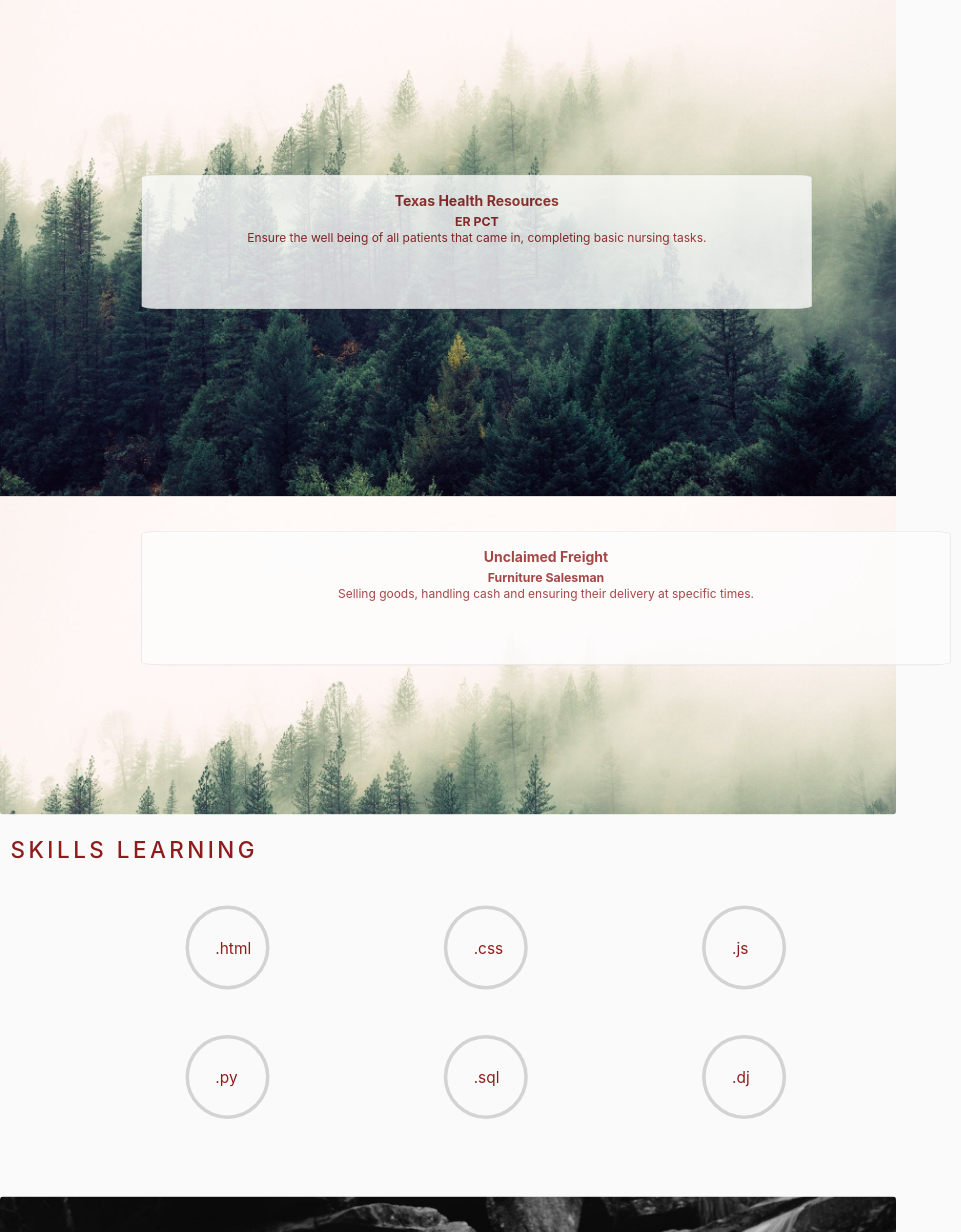
Repository: sshields9591/user-centric-project
Page: index.html
The author's editor kept a record of every edit. The page is drawn from the files as they stood at one moment, then again after the next edit.
The browser window is 1280 px wide. The page is 1373 px wide, so the pictures cover 1373 px, including what lies to the right of the window. The pictures show the part of the page from y = 3038 to 4798 px (the page is 5663 px tall before and 5722 px after), at 70% of full size.
Backgrounds fixed to the window are drawn as part of the page. Some web libraries are served in a nearby version.

Above is the page before.

### index.html
<!DOCTYPE html>
<html lang="en">

<head>


    <meta charset="UTF-8">
    <meta name="viewport" content="width=device-width, initial-scale=1.0">
    <meta http-equiv="X-UA-Compatible" content="ie=edge">
    <link rel="stylesheet" href="https://maxcdn.bootstrapcdn.com/bootstrap/4.1.3/css/bootstrap.min.css">
    <link rel="stylesheet" href="https://use.fontawesome.com/releases/v5.11.1/css/all.css" integrity="sha384-IT8OQ5/IfeLGe8ZMxjj3QQNqT0zhBJSiFCL3uolrGgKRuenIU+mMS94kck/AHZWu" crossorigin="anonymous">
    <link href="https://fonts.googleapis.com/css?family=Roboto:400,700&display=swap" rel="stylesheet">
    <link rel="stylesheet" href="style.css" type="text/css" />

    <title>Steven Shields Portfolio</title>


</head>


<body>


    <!-------JUMBOTRON / NAVBAR------->


    <div class="jumbotron" id="landing-view">
        <div class="container-fluid">
            <div class="container">
                <nav class="navDefault">
                    <div class="dropdown">
                        <button>Explore</button>
                        <ul class="dropdownMenu">
                            <li class="dropdownItem"><a href="#" class="dropdownLink">About</a></li>
                            <li class="dropdownItem"><a href="#" class="dropdownLink">Work</a></li>
                            <li class="dropdownItem"><a href="#" class="dropdownLink">Skills</a></li>
                            <li class="dropdownItem"><a href="#" class="dropdownLink">Contact</a></li>
                        </ul>
                    </div>
                </nav>
            </div>
            <div class="container top">
                <br>
                <br>
                <br>
                <h1 class="name">Steven Shields</h1>
                <p class="title">Full-Stack Software Developer</p>
            </div>
        </div>
    </div>


    <!-------ABOUT ME------->


    <div id="about-me">
        <div class="container-fluid">
            <div class="row about-row" id="about">
                <br>
                <br>
                <h2>About</h2>
            </div>
            <div class="col">
                <p class="about-p">
                    I am currently an accountant for San Saba Construction doing AR and AP duties. I submit payment applications each month to our customers that we do work with, make sure each of our vendors are paid each month to prevent lien notices from going out on a job which will prohibit any further production of the specific job.
                </p>
                <br>
                <p class="about-p">
                    I am also a student at the Code Institute, learning how to develop and design webpages.
                </p>
                <br>
                <p class="about-p">
                    My plans are to be able to work remotely and have the skills needed to develop and design webpages for companies and individuals.
                </p>
                <br>
                <br>
                <br>
            </div>
        </div>
    </div>


    <!-------WORK------->


    <div class="jumbotron" id="work">
        <div class="container-fluid card-container">
            <div class="col col-md-10 project-cards">
                <div class="card">
                    <div class="card-body">
                        <h5 class="card-title">San Saba Construction</h5>
                        <h6 class="card-subtitle">Accountant</h6>
                        <p class="card-text">Accounts Recieveable and Payable.</p>
                    </div>
                </div>
            </div>
            <div class="col col-md-10 project-cards">
                <div class="card">
                    <div class="card-body">
                        <h5 class="card-title">Code Institute</h5>
                        <h6 class="card-subtitle">Student</h6>
                        <p class="card-text">Learning the skils to develop and design webpages.</p>
                    </div>
                </div>
            </div>
            <div class="col col-md-10 project-cards">
                <div class="card">
                    <div class="card-body">
                        <h5 class="card-title">NRH Pharmacy</h5>
                        <h6 class="card-subtitle">Pharmacy Technician</h6>
                        <p class="card-text">Fill perscriptions and checking insurance coverages.</p>
                    </div>
                </div>
            </div>
            <div class="col col-md-10 project-cards">
                <div class="card">
                    <div class="card-body">
                        <h5 class="card-title">Advanced Window Products</h5>
                        <h6 class="card-subtitle">Window Installer</h6>
                        <p class="card-text">Rip old window out and replace with new one.</p>
                    </div>
                </div>
            </div>
            <div class="col col-md-10 project-cards">
                <div class="card">
                    <div class="card-body">
                        <h5 class="card-title">Texas Health Resources</h5>
                        <h6 class="card-subtitle">ER PCT</h6>
                        <p class="card-text">Ensure the well being of all patients that came in, completing basic nursing tasks.</p>
                    </div>
                </div>
            </div>
            <div class="col col-md-12 project-cards">
                <div class="card">
                    <div class="card-body">
                        <h5 class="card-title">Unclaimed Freight</h5>
                        <h6 class="card-subtitle">Furniture Salesman</h6>
                        <p class="card-text">Selling goods, handling cash and ensuring their delivery at specific times.</p>
                    </div>
                </div>
            </div>
        </div>
    </div>


    <!-------SKILLS------->


    <div class="skills-section" id="skills">
        <div class="container-fluid">
            <div class="row skills-row">
                <br>
                <br>
                <h2>Skills Learning</h2>
            </div>
            <div class="contianer skills-inner">
                <div class="col col-md-3 skill-circle">
                    <div class="arc-container">
                        <div class="arc-overlay">
                            <p class="html">.html</p>
                        </div>
                        <div class="arc-wrapper">
                        </div>
                    </div>
                </div>
                <div class="col col-md-3 skill-circle">
                    <div class="arc-container">
                        <div class="arc-overlay">
                            <p class="css">.css</p>
                        </div>
                        <div class="arc-wrapper">
                        </div>
                    </div>
                </div>
                <div class="col col-md-3 skill-circle">
                    <div class="arc-container">
                        <div class="arc-overlay">
                            <p class="js">.js</p>
                        </div>
                        <div class="arc-wrapper">
                        </div>
                    </div>
                </div>
                <div class="col col-md-3 skill-circle">
                    <div class="arc-container">
                        <div class="arc-overlay">
                            <p class="py">.py</p>
                        </div>
                        <div class="arc-wrapper">
                        </div>
                    </div>
                </div>
                <div class="col col-md-3 skill-circle">
                    <div class="arc-container">
                        <div class="arc-overlay">
                            <p class="sql">.sql</p>
                        </div>
                        <div class="arc-wrapper">
                        </div>
                    </div>
                </div>
                <div class="col col-md-3 skill-circle">
                    <div class="arc-container">
                        <div class="arc-overlay">
                            <p class="django">.dj</p>
                        </div>
                        <div class="arc-wrapper">
                        </div>
                    </div>
                </div>
            </div>
        </div>
    </div>


    <!-------CONTACT------->


    <div class="jumbotron" id="contact">
        <div class="container-fluid">
            <div class="col contact-form">
                <br>
                <h2 class="contact-head" id="contact-head">Contact</h2>
                <br>
                <form class="contact">
                    <div class="row">
                        <div class="form-group">
                            <input type="text" class="form-control" id="exampleInputName" name="Name" placeholder="Name" required/>
                        </div>
                    </div>
                    <br>
                    <div class="row">
                        <div class="form-group">
                            <input type="text" class="form-control" id="exampleInputPhone" name="Phone" placeholder="Phone">
                        </div>
                    </div>
                    <br>
                    <div class="row">
                        <div class="form-group">
                            <input type="email" class="form-control" id="exampleInputEmail1" name="Email" placeholder="Email" required>
                        </div>
                    </div>
                    <br>
                    <div class="row">
                        <div class="form-group message">
                            <textarea class="form-control" name="message" rows="6" placeholder="Message" required></textarea>
                        </div>
                    </div>
                    <br>
                    <input type="submit" value="Send" class="btn btn-default">
                </form>
            </div>
        </div>
    </div>


    <!-------FOOTER------->


    <footer>
        <div class="container-fluid">
            <div class="row foot">
                <div class="col icons">
                    <a href="https://www.linkedin.com/in/steven-shields-64689118a/"><i class="fab fa-linkedin-in alignment"></i></a>
                    <a href="https://www.github.com/sshields9591"><i class="fab fa-github alignment"></i></a>
                    <a href="resume.docx"><i class="fas fa-file-download alignment"></i></a>
                    <a href="#" style='padding-right: 0px'><i class="fab fa-facebook alignment"></i></a>
                </div>
            </div>
        </div>
    </footer>


    <!-------------->


    <script src="https://code.jquery.com/jquery-3.2.1.slim.min.js" integrity="sha384-KJ3o2DKtIkvYIK3UENzmM7KCkRr/rE9/Qpg6aAZGJwFDMVNA/GpGFF93hXpG5KkN" crossorigin="anonymous"></script>
    <script src="https://cdnjs.cloudflare.com/ajax/libs/popper.js/1.12.9/umd/popper.min.js" integrity="sha384-ApNbgh9B+Y1QKtv3Rn7W3mgPxhU9K/ScQsAP7hUibX39j7fakFPskvXusvfa0b4Q" crossorigin="anonymous"></script>
    <script src="https://maxcdn.bootstrapcdn.com/bootstrap/4.0.0/js/bootstrap.min.js" integrity="sha384-JZR6Spejh4U02d8jOt6vLEHfe/JQGiRRSQQxSfFWpi1MquVdAyjUar5+76PVCmYl" crossorigin="anonymous"></script>



</body>


</html>

### style.css
body {
    background-color: #fafafa;
    color: #8e1c1c;
}


/*-------NAVBAR-------*/

.navDefault {
    position: fixed;
    top: 0;
    right: 0;
    background-color: transparent;
}

button {
    border: none;
    background-color: #8e1c1c;
    width: 100px;
    height: 50px;
    color: #fff;
    text-transform: uppercase;
    cursor: pointer;
}

.dropdownMenu {
    list-style: none;
    margin: 0;
    padding: 0;
    position: absolute;
    left: 0;
    right: 0;
    top: 50;
    z-index: -1;
    width: 100px;
    box-shadow: 0px 6px 10px 0px rgba(0, 0, 0, 0.2);
    text-align: center;
    transform: translateY(-100%);
    transition: transform .5s ease-in-out;
}

.dropdownLink {
    text-decoration: none;
    display: block;
    background-color: #fafafa;
    color: #8e1c1c;
    padding: 10px 5px;
    transition: background-color .5s ease-in-out, color .5s ease-in-out;
}

.dropdownLink:hover {
    color: #fff;
    background-color: #8e1c1c;
}

.dropdown {
    width: 100px;
    position: relative;
}

.dropdown:hover button {
    background-color: #8e1c1c;
}

.dropdown:hover .dropdownMenu {
    transform: translateY(0);
}


/*-------JUMBOTRON-------*/

#landing-view {
    background-image: url(images/landing.jpg);
    background-attachment: fixed;
    background-position: center;
    background-size: cover;
    height: 100vh;
    background-repeat: no-repeat;
}

.top {
    padding-left: 12px;
    text-align: center;
}

h1 {
    padding-top: 5%;
    font-size: 5em;
}

.jumbotron p {
    font-size: 2.5em;
}


/*-------ABOUT ME-------*/

.about-row {
    padding-top: 10px;
    font-size: 1.75em;
    line-height: 2;
}

h2 {
    margin-left: 15px;
    letter-spacing: 5px;
    text-transform: uppercase;
}

.about-p {
    font-size: 1.2em;
}


/*-------WORK-------*/

#work {
    background-image: url(images/tree-fog.jpg);
    background-attachment: fixed;
    background-position: center;
    background-repeat: no-repeat;
    background-size: cover;
    padding-top: 40px;
    padding-bottom: 40px;
}

.project-cards {
    display: inline-table;
    justify-content: center;
    align-items: center;
}

.card {
    background-color: #fdfdfd;
    border-radius: 2.5%;
    height: 16em;
    top: 50%;
    margin: 15% auto;
    padding: 15px;
    align-items: center;
    z-index: 2;
    display: block;
    opacity: 0.8;
}

.card-body {
    text-align: center;
    padding-top: 10px;
}

.card-title {
    font-size: 1.25em;
    font-weight: bold;
}

.card-subtitle {
    font-size: 1.1em;
    font-weight: bold;
}

.card-body .card-text {
    font-size: 1.07em;
}


/*-------SKILLS-------*/

#skills {
    position: relative;
    top: 12%;
    padding-bottom: 96px;
}

.skills {
    margin-top: 70px;
}

.skills-inner {
    margin-left: 30px;
}

.skill-circle {
    display: inline-table;
    margin-bottom: 55px;
    padding-left: 18%;
}

.arc-wrapper {
    width: 120px;
    height: 120px;
    border-radius: 150px;
    background: #d3d3d3;
    overflow: hidden;
    left: 0px;
    top: 50px;
    position: absolute;
}

.arc-overlay {
    width: 110px;
    height: 110px;
    background-color: #fafafa;
    padding-left: 20px;
    padding-top: 6px;
    box-sizing: border-box;
    -moz-box-sizing: border-box;
    line-height: 100px;
    font-weight: 400;
    text-shadow: 0 1px 0 #fff;
    font-size: 22px;
    border-radius: 100px;
    position: absolute;
    z-index: 5;
    top: 55px;
    left: 5px;
}

.arc-container {
    position: relative;
    height: 130px;
    width: 130px;
}

.html {
    padding-left: 18px;
}

.css {
    padding-left: 18px;
}

.js {
    padding-left: 18px;
}

.py {
    padding-left: 18px;
}

.sql {
    padding-left: 18px;
}

.django {
    padding-left: 18px;
}


/*-------CONTACT-------*/

#contact {
    background-attachment: fixed;
    background-image: url('images/river.jpg');
    background-position: center;
    background-size: cover;
    height: 115vh;
    width: 100vw;
    background-repeat: no-repeat;
}

.contact-form {
    position: relative;
    top: 6%;
}

.contact {
    margin-left: 30px;
}

#contact-head {
    margin-left: -30px;
}

.btn {
    background-color: #8e1c1c;
    color: #fff;
    margin-left: 50px;
}


/*-------FOOTER-------*/

footer {
    border-color: transparent;
    text-align: center;
}

.foot {
    margin-bottom: 20px;
}

a {
    padding: 5px 5px 15px 15px;
    background-color: transparent;
}

.alignment {
    line-height: 2px;
}

i {
    display: inline-block;
    color: #8f8f8f;
    width: 41px;
    height: 25px;
    font-size: 28px;
    text-align: center;
    margin-top: 2.5px;
    margin-bottom: 2.5px;
}


/*-------MEDIA QUERIES------*/

@media (min-width: 768px) and (max-width: 1024px) {

    /*--JUMBOTRON--*/

    .name {
        padding-top: 0px;
    }

    h1 {
        font-size: 10em;
    }

    .jumbotron p {
        font-size: 4em;
    }

    /*--ABOUT--*/

    .about-p {
        font-size: 1.8em;
    }

    /*--WORK--*/

    .card-container {
        width: 77vw;
    }

    .card {
        height: 12em;
        padding: 8px;
    }

    .project-cards {
        margin-left: 60px;
    }

    /*--SKILLS--*/

    .skill-circle {
        margin-left: 30px;
        padding-left: 30px;
    }

    /*--CONTACT--*/

    #contact {
        padding: 0px 10px;
        height: 100vh;
    }

    .contact {
        margin-top: 60px;
    }

    .contact-head {
        margin-left: -30px;
    }

    .form-control {
        width: 50vw;
    }

    .form-group {
        padding: 0px;
        margin-left: 190px;
        margin-bottom: 20px;
    }

    .btn {
        margin-left: 400px;
    }
}

@media (min-width: 1025px) {

    /*--JUMBOTRON--*/

   .name{
       padding-top: 0px;
   }

    h1 {
        font-size: 10em;
    }

    .jumbotron p {
        font-size: 4em;
    }

    /*--WORK--*/

    .project-cards {
        margin-left: 140px;
    }

    .card {
        height: 12em;
    }

    /*--CONTACT--*/

    .form-group {
        margin-left: 250px;
    }

    .form-control {
        width: 50vw;
    }
    .btn {
        margin-left: 550px;
    }

    /*--FOOTER--*/

    footer {
        margin-right: 60px;
    }

    i {
        margin-right: 50px;
    }
}

After the next edit:
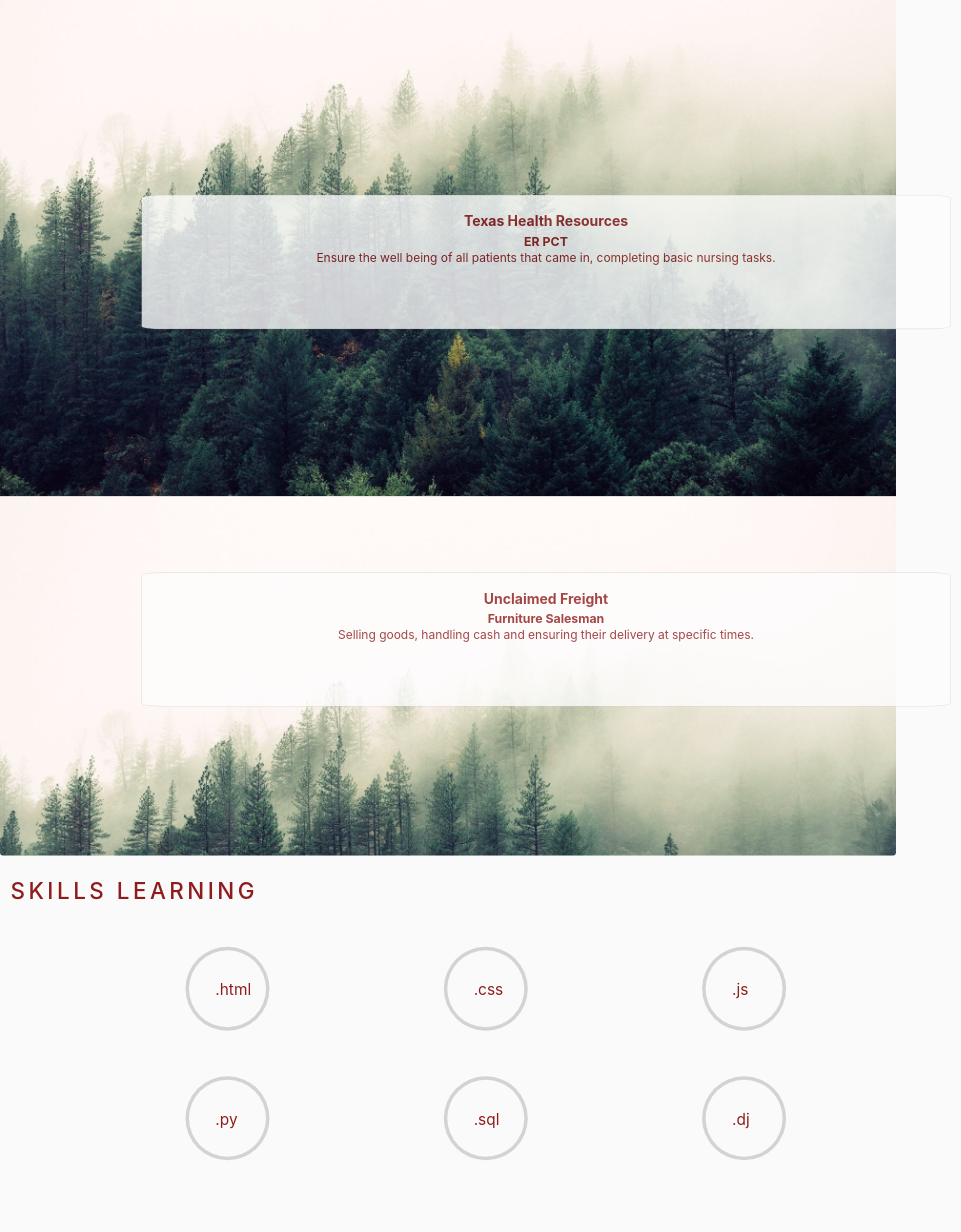
The edit:
--- a/index.html
+++ b/index.html
@@ -121,7 +121,7 @@
                     </div>
                 </div>
             </div>
-            <div class="col col-md-10 project-cards">
+            <div class="col col-md-12 project-cards">
                 <div class="card">
                     <div class="card-body">
                         <h5 class="card-title">Texas Health Resources</h5>
